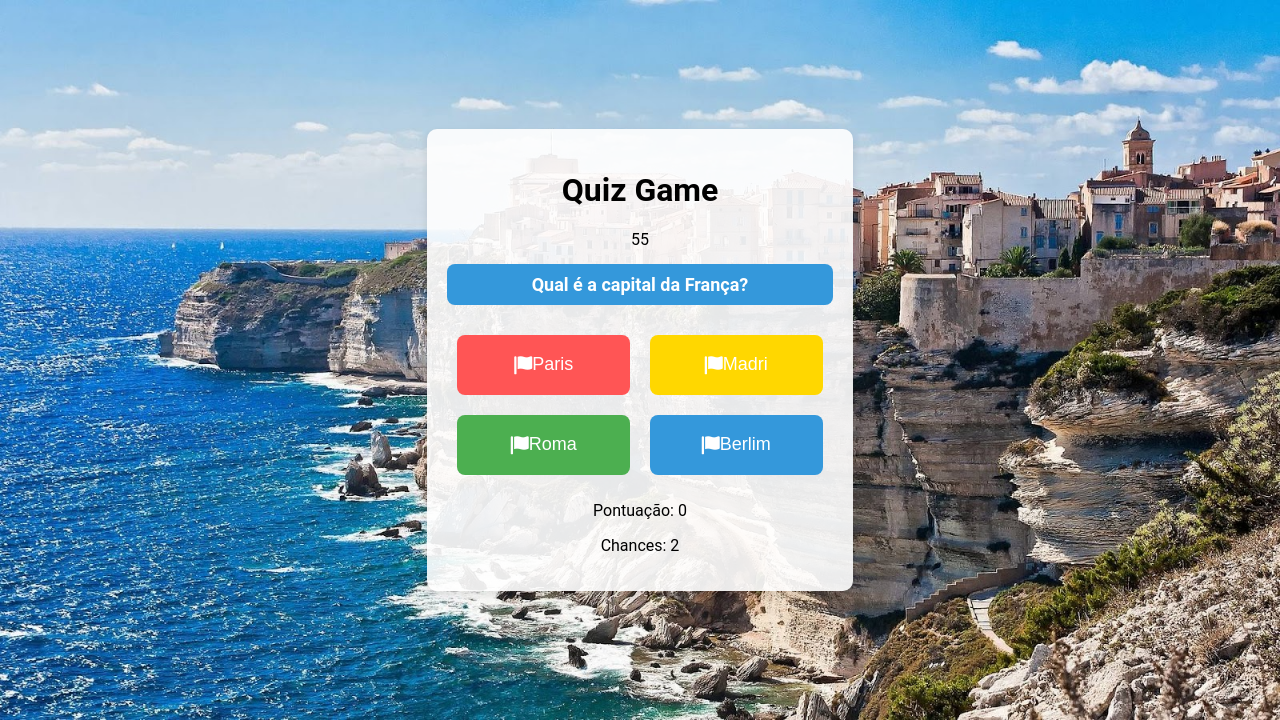
Repository: Matheus904-12/Quizz
Page: index.html
An editor plug-in stored every save of this project. The page is shown before and after the next save, followed by the edit.
The browser window is 1280 px wide. The pictures show the whole page.

Above is the page before, as saved 2023-08-21 19:45:12.

After the next save:
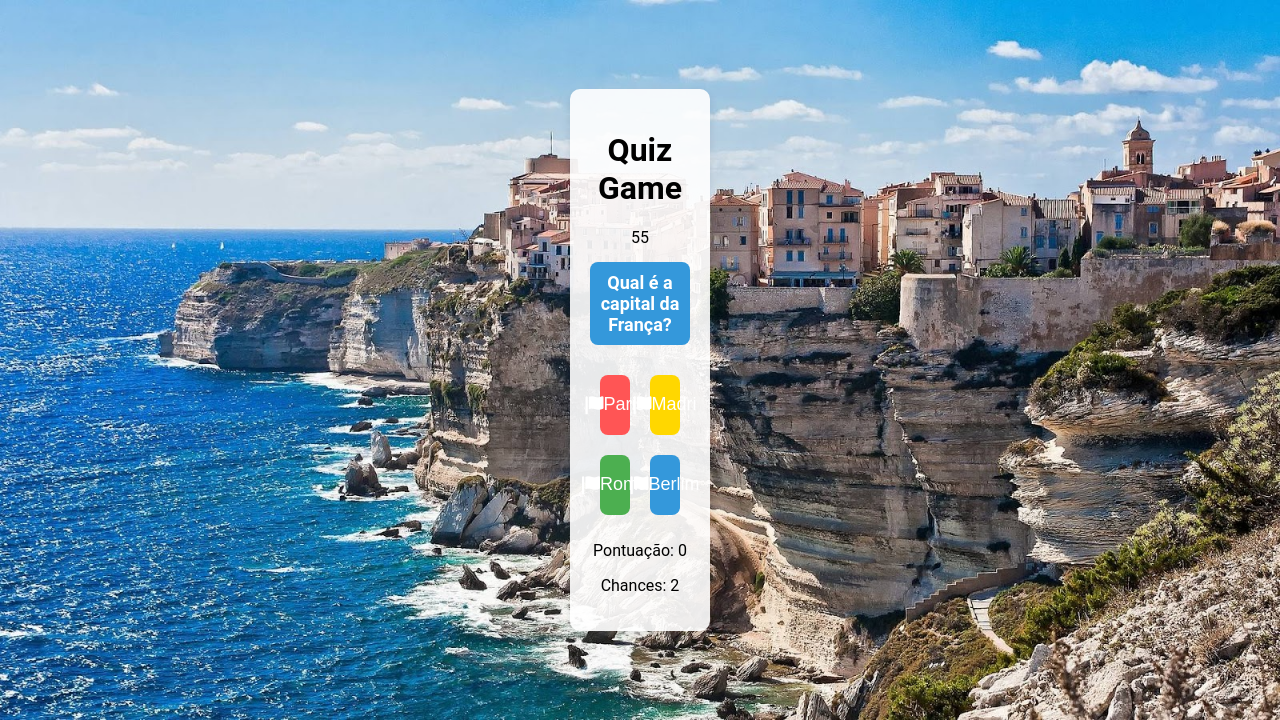
Saved 12 s later.
--- a/style.css
+++ b/style.css
@@ -12,7 +12,7 @@
 }
 
 .quiz-container {
-    max-width: 900px; /* Aumentando a largura da caixa de pergunta */
+    max-width: 100px; /* Aumentando a largura da caixa de pergunta */
     padding: 20px;
     background-color: rgba(255, 255, 255, 0.9);
     border-radius: 10px;

After the save that followed:
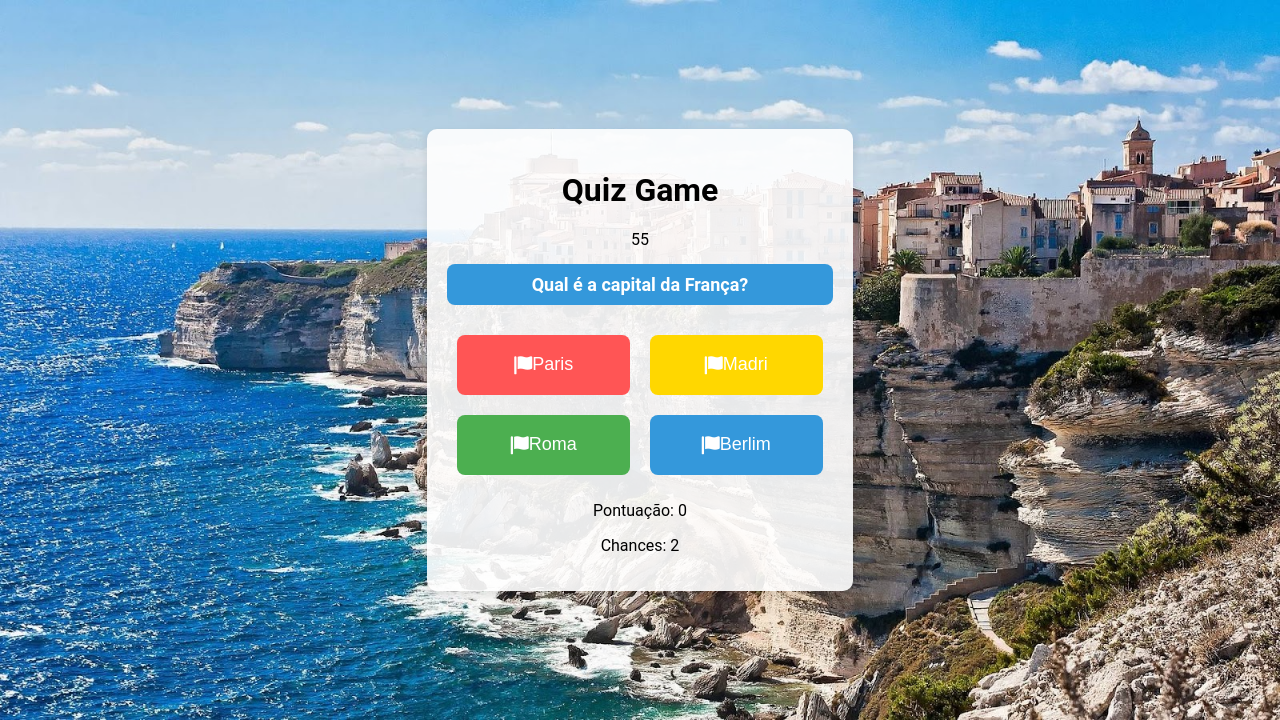
Saved 4 s later.
--- a/style.css
+++ b/style.css
@@ -12,7 +12,7 @@
 }
 
 .quiz-container {
-    max-width: 100px; /* Aumentando a largura da caixa de pergunta */
+    max-width: 1100px; /* Aumentando a largura da caixa de pergunta */
     padding: 20px;
     background-color: rgba(255, 255, 255, 0.9);
     border-radius: 10px;
